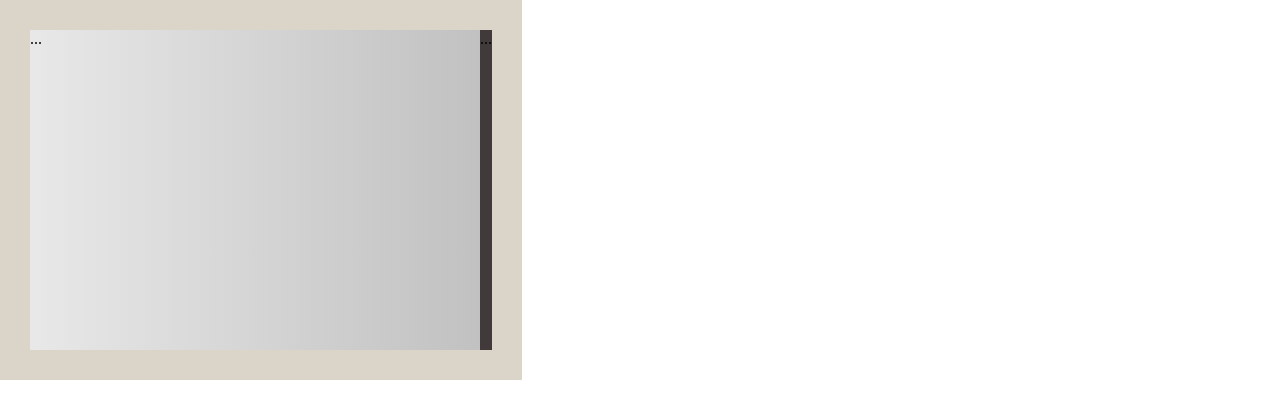
Repository: ThiagoIturra/urnaJs
Page: index.html
These files come from the project's save history. The page is drawn as it stood at one moment and after the next save; the edit follows.
The browser window is 1280 px wide. The pictures show the whole page.

Above is the page before, as saved 2022-01-05 15:46:56.

### index.html
<!DOCTYPE html>
<html lang="pt-BR">
<header>
    <meta charset="UTF-8" />
    <meta name="viewport" content="width=device-width, initial-scale=1.0">
    <link rel="stylesheet" href="style.css">
    <title>Urna Eletrônica</title>
</header>
<body>
    <div class="urna">
        <div class="screen">
...
        </div>
        <div class="keyboard">
            ...
        </div>
    </div>
</body>
</html>

### style.css
body {
    margin: 0;
    display: flex;
    justify-content:
}

.urna {
    background-color: #dbd5c9;
    padding: 30px;
    display: flex;
}

.screen {
    width: 450px;
    height: 320px;
    background: linear-gradient(to right, #e8e8e8, #c1c1c1);
}

.keyboard {
    background-color: #403A3A;
}

After the next save:
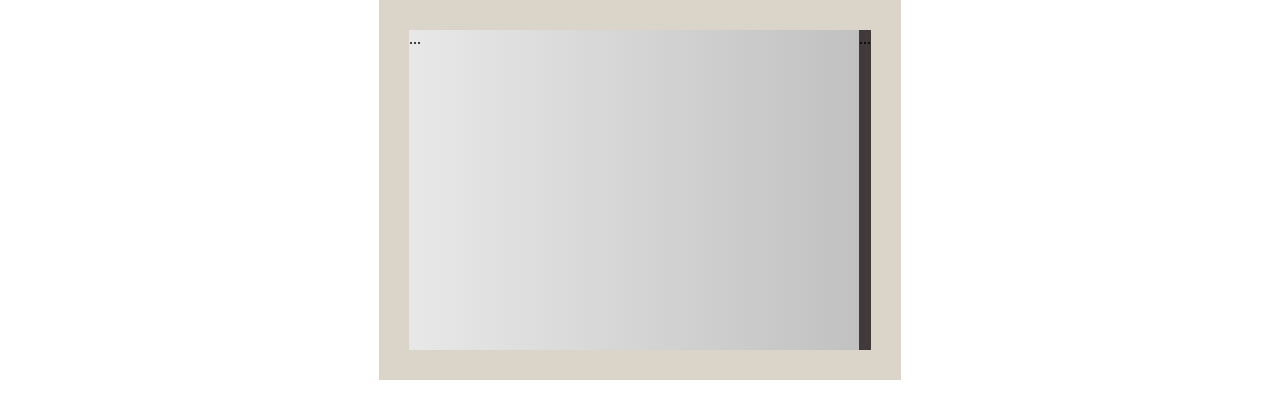
Saved 5 s later.
--- a/style.css
+++ b/style.css
@@ -1,7 +1,7 @@
 body {
     margin: 0;
     display: flex;
-    justify-content:
+    justify-content: center;
 }
 
 .urna {
